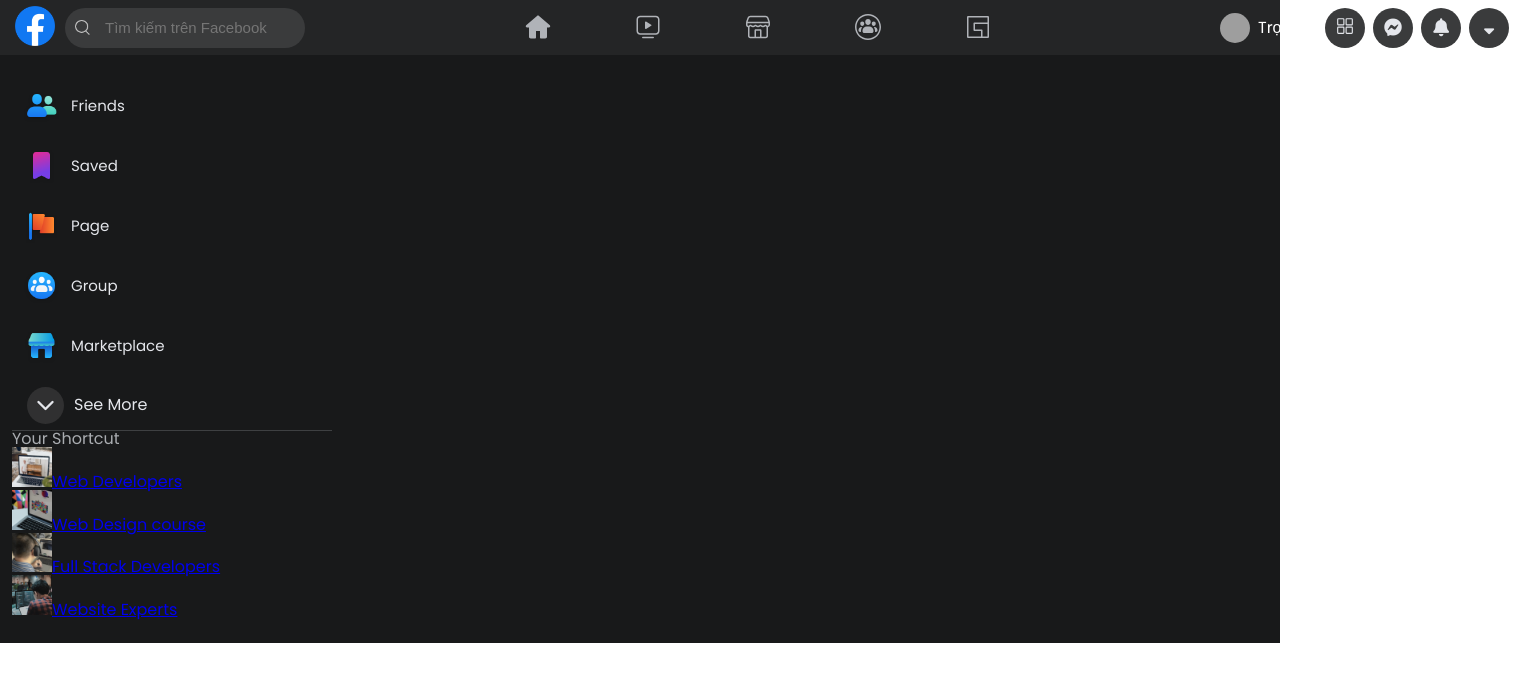
Repository: vanntrong/facebook-clone
Page: index.html
An editor plug-in stored every save of this project. The page is shown before and after the next save, followed by the edit.
The browser window is 1280 px wide. The page is 1517 px wide, so the pictures cover 1517 px, including what lies to the right of the window. The pictures show the whole page.
Pictures or frames that could not be fetched are drawn as grey boxes.

Above is the page before, as saved 2021-09-08 19:13:27.

### index.html
<!DOCTYPE html>
<html lang="en">
  <head>
    <meta charset="UTF-8" />
    <meta http-equiv="X-UA-Compatible" content="IE=edge" />
    <meta name="viewport" content="width=device-width, initial-scale=1.0" />
    <title>Facebook</title>
    <link rel="stylesheet" href="./assets/css/reset.css" />
    <link rel="stylesheet" href="./assets/css/base.css" />
    <link rel="stylesheet" href="./assets/css/style.css" />
    <link rel="stylesheet" href="./assets/fonts/fontawesome-free-5.15.4-web/css/all.css" />
    <script type="module" src="https://unpkg.com/ionicons@5.5.2/dist/ionicons/ionicons.esm.js"></script>
    <script nomodule src="https://unpkg.com/ionicons@5.5.2/dist/ionicons/ionicons.js"></script>
    <style>
      @import url("https://fonts.googleapis.com/css2?family=Poppins:wght@300;400;500;600;700&display=swap");
    </style>
  </head>
  <body>
    <!-- header -->
    <header class="header">
      <div class="header__nav-left">
        <div class="header__logo">
          <a href="" class="header__logo-link">
            <img src="./assets/images/logo.png" alt="Logo Facebook" class="header__logo-img" />
          </a>
        </div>
        <div class="header__search">
          <img src="./assets/images/search.png" class="header__search-img" />
          <input type="text" class="header__search-input" placeholder="Tìm kiếm trên Facebook" />
        </div>
      </div>

      <div class="header__nav-center">
        <ul class="header__nav-list">
          <li class="header__nav-item">
            <div class="header-item-link">
              <a href="#" class="header-item-icon">
                <svg viewBox="0 0 28 28" class="a8c37x1j ms05siws hwsy1cff b7h9ocf4 aaxa7vy3" height="28" width="28">
                  <path
                    d="M25.825 12.29C25.824 12.289 25.823 12.288 25.821 12.286L15.027 2.937C14.752 2.675 14.392 2.527 13.989 2.521 13.608 2.527 13.248 2.675 13.001 2.912L2.175 12.29C1.756 12.658 1.629 13.245 1.868 13.759 2.079 14.215 2.567 14.479 3.069 14.479L5 14.479 5 23.729C5 24.695 5.784 25.479 6.75 25.479L11 25.479C11.552 25.479 12 25.031 12 24.479L12 18.309C12 18.126 12.148 17.979 12.33 17.979L15.67 17.979C15.852 17.979 16 18.126 16 18.309L16 24.479C16 25.031 16.448 25.479 17 25.479L21.25 25.479C22.217 25.479 23 24.695 23 23.729L23 14.479 24.931 14.479C25.433 14.479 25.921 14.215 26.132 13.759 26.371 13.245 26.244 12.658 25.825 12.29"
                  ></path>
                </svg>
              </a>
            </div>
          </li>
          <li class="header__nav-item">
            <div class="header-item-link">
              <a href="#" class="header-item-icon">
                <svg viewBox="0 0 28 28" class="a8c37x1j ms05siws hwsy1cff b7h9ocf4 em6zcovv" height="28" width="28">
                  <path
                    d="M8.75 25.25C8.336 25.25 8 24.914 8 24.5 8 24.086 8.336 23.75 8.75 23.75L19.25 23.75C19.664 23.75 20 24.086 20 24.5 20 24.914 19.664 25.25 19.25 25.25L8.75 25.25ZM17.163 12.846 12.055 15.923C11.591 16.202 11 15.869 11 15.327L11 9.172C11 8.631 11.591 8.297 12.055 8.576L17.163 11.654C17.612 11.924 17.612 12.575 17.163 12.846ZM21.75 20.25C22.992 20.25 24 19.242 24 18L24 6.5C24 5.258 22.992 4.25 21.75 4.25L6.25 4.25C5.008 4.25 4 5.258 4 6.5L4 18C4 19.242 5.008 20.25 6.25 20.25L21.75 20.25ZM21.75 21.75 6.25 21.75C4.179 21.75 2.5 20.071 2.5 18L2.5 6.5C2.5 4.429 4.179 2.75 6.25 2.75L21.75 2.75C23.821 2.75 25.5 4.429 25.5 6.5L25.5 18C25.5 20.071 23.821 21.75 21.75 21.75Z"
                  ></path>
                </svg>
              </a>
            </div>
          </li>
          <li class="header__nav-item">
            <div class="header-item-link">
              <a href="#" class="header-item-icon">
                <svg viewBox="0 0 28 28" class="a8c37x1j ms05siws hwsy1cff b7h9ocf4 em6zcovv" height="28" width="28">
                  <path
                    d="M17.5 23.75 21.75 23.75C22.164 23.75 22.5 23.414 22.5 23L22.5 14 22.531 14C22.364 13.917 22.206 13.815 22.061 13.694L21.66 13.359C21.567 13.283 21.433 13.283 21.34 13.36L21.176 13.497C20.591 13.983 19.855 14.25 19.095 14.25L18.869 14.25C18.114 14.25 17.382 13.987 16.8 13.506L16.616 13.354C16.523 13.278 16.39 13.278 16.298 13.354L16.113 13.507C15.53 13.987 14.798 14.25 14.044 14.25L13.907 14.25C13.162 14.25 12.439 13.994 11.861 13.525L11.645 13.35C11.552 13.275 11.419 13.276 11.328 13.352L11.155 13.497C10.57 13.984 9.834 14.25 9.074 14.25L8.896 14.25C8.143 14.25 7.414 13.989 6.832 13.511L6.638 13.351C6.545 13.275 6.413 13.275 6.32 13.351L5.849 13.739C5.726 13.84 5.592 13.928 5.452 14L5.5 14 5.5 23C5.5 23.414 5.836 23.75 6.25 23.75L10.5 23.75 10.5 17.5C10.5 16.81 11.06 16.25 11.75 16.25L16.25 16.25C16.94 16.25 17.5 16.81 17.5 17.5L17.5 23.75ZM3.673 8.75 24.327 8.75C24.3 8.66 24.271 8.571 24.238 8.483L23.087 5.355C22.823 4.688 22.178 4.25 21.461 4.25L6.54 4.25C5.822 4.25 5.177 4.688 4.919 5.338L3.762 8.483C3.729 8.571 3.7 8.66 3.673 8.75ZM24.5 10.25 3.5 10.25 3.5 12C3.5 12.414 3.836 12.75 4.25 12.75L4.421 12.75C4.595 12.75 4.763 12.69 4.897 12.58L5.368 12.193C6.013 11.662 6.945 11.662 7.59 12.193L7.784 12.352C8.097 12.609 8.49 12.75 8.896 12.75L9.074 12.75C9.483 12.75 9.88 12.607 10.194 12.345L10.368 12.2C11.01 11.665 11.941 11.659 12.589 12.185L12.805 12.359C13.117 12.612 13.506 12.75 13.907 12.75L14.044 12.75C14.45 12.75 14.844 12.608 15.158 12.35L15.343 12.197C15.989 11.663 16.924 11.663 17.571 12.197L17.755 12.35C18.068 12.608 18.462 12.75 18.869 12.75L19.095 12.75C19.504 12.75 19.901 12.606 20.216 12.344L20.38 12.208C21.028 11.666 21.972 11.666 22.62 12.207L23.022 12.542C23.183 12.676 23.387 12.75 23.598 12.75 24.097 12.75 24.5 12.347 24.5 11.85L24.5 10.25ZM24 14.217 24 23C24 24.243 22.993 25.25 21.75 25.25L6.25 25.25C5.007 25.25 4 24.243 4 23L4 14.236C2.875 14.112 2 13.158 2 12L2 9.951C2 9.272 2.12 8.6 2.354 7.964L3.518 4.802C4.01 3.563 5.207 2.75 6.54 2.75L21.461 2.75C22.793 2.75 23.99 3.563 24.488 4.819L25.646 7.964C25.88 8.6 26 9.272 26 9.951L26 11.85C26 13.039 25.135 14.026 24 14.217ZM16 23.75 16 17.75 12 17.75 12 23.75 16 23.75Z"
                  ></path>
                </svg>
              </a>
            </div>
          </li>
          <li class="header__nav-item">
            <div class="header-item-link">
              <a href="#" class="header-item-icon">
                <svg viewBox="0 0 28 28" class="a8c37x1j ms05siws hwsy1cff b7h9ocf4 em6zcovv" height="28" width="28">
                  <path
                    d="M25.5 14C25.5 7.649 20.351 2.5 14 2.5 7.649 2.5 2.5 7.649 2.5 14 2.5 20.351 7.649 25.5 14 25.5 20.351 25.5 25.5 20.351 25.5 14ZM27 14C27 21.18 21.18 27 14 27 6.82 27 1 21.18 1 14 1 6.82 6.82 1 14 1 21.18 1 27 6.82 27 14ZM7.479 14 7.631 14C7.933 14 8.102 14.338 7.934 14.591 7.334 15.491 6.983 16.568 6.983 17.724L6.983 18.221C6.983 18.342 6.99 18.461 7.004 18.578 7.03 18.802 6.862 19 6.637 19L6.123 19C5.228 19 4.5 18.25 4.5 17.327 4.5 15.492 5.727 14 7.479 14ZM20.521 14C22.274 14 23.5 15.492 23.5 17.327 23.5 18.25 22.772 19 21.878 19L21.364 19C21.139 19 20.97 18.802 20.997 18.578 21.01 18.461 21.017 18.342 21.017 18.221L21.017 17.724C21.017 16.568 20.667 15.491 20.067 14.591 19.899 14.338 20.067 14 20.369 14L20.521 14ZM8.25 13C7.147 13 6.25 11.991 6.25 10.75 6.25 9.384 7.035 8.5 8.25 8.5 9.465 8.5 10.25 9.384 10.25 10.75 10.25 11.991 9.353 13 8.25 13ZM19.75 13C18.647 13 17.75 11.991 17.75 10.75 17.75 9.384 18.535 8.5 19.75 8.5 20.965 8.5 21.75 9.384 21.75 10.75 21.75 11.991 20.853 13 19.75 13ZM15.172 13.5C17.558 13.5 19.5 15.395 19.5 17.724L19.5 18.221C19.5 19.202 18.683 20 17.677 20L10.323 20C9.317 20 8.5 19.202 8.5 18.221L8.5 17.724C8.5 15.395 10.441 13.5 12.828 13.5L15.172 13.5ZM16.75 9C16.75 10.655 15.517 12 14 12 12.484 12 11.25 10.655 11.25 9 11.25 7.15 12.304 6 14 6 15.697 6 16.75 7.15 16.75 9Z"
                  ></path>
                </svg>
              </a>
            </div>
          </li>
          <li class="header__nav-item">
            <div class="header-item-link">
              <a href="#" class="header-item-icon">
                <svg viewBox="0 0 28 28" class="a8c37x1j ms05siws hwsy1cff b7h9ocf4 em6zcovv" height="28" width="28">
                  <path
                    d="M23.5 9.5H10.25a.75.75 0 00-.75.75v7c0 .414.336.75.75.75H17v5.5H4.5v-19h19v5zm0 14h-5v-6.25a.75.75 0 00-.75-.75H11V11h12.5v12.5zm1.5.25V4.25C25 3.561 24.439 3 23.75 3H4.25C3.561 3 3 3.561 3 4.25v19.5c0 .689.561 1.25 1.25 1.25h19.5c.689 0 1.25-.561 1.25-1.25z"
                  ></path>
                </svg>
              </a>
            </div>
          </li>
        </ul>
      </div>

      <div class="header__nav-right">
        <div class="header__nav-user">
          <img
            src="https://scontent.fsgn8-1.fna.fbcdn.net/v/t1.6435-1/p240x240/210197760_1699894010195731_8413836282276662202_n.jpg?_nc_cat=108&ccb=1-5&_nc_sid=7206a8&_nc_ohc=VyKzTsO_4DMAX9YWiV5&tn=ZfnwPn3exKDbVvbU&_nc_ht=scontent.fsgn8-1.fna&oh=88a15a829e8b30a39c7311926931e93a&oe=615D2151"
            class="header__nav-user-img"
          />
          <span class="header__nav-user-name">Trọng</span>
        </div>
        <div class="header__nav-menu">
          <ul class="header-menu-list">
            <li class="header-menu-item">
              <div class="header-menu-link">
                <a href="#" class="header-menu-icon">
                  <ion-icon name="grid-outline"></ion-icon>
                </a>
              </div>
            </li>
            <li class="header-menu-item">
              <div class="header-menu-link">
                <a href="#" class="header-menu-icon">
                  <i class="fab fa-facebook-messenger"></i>
                </a>
              </div>
            </li>
            <li class="header-menu-item">
              <div class="header-menu-link">
                <a href="#" class="header-menu-icon">
                  <i class="fas fa-bell"></i>
                </a>
              </div>
            </li>
            <li class="header-menu-item">
              <div class="header-menu-link">
                <a href="#" class="header-menu-icon">
                  <i class="fas fa-sort-down"></i>
                </a>
              </div>
            </li>
          </ul>
        </div>
      </div>
    </header>

    <!-- container -->
    <div class="app__container">
      <!-- left-sidebar -->
      <div class="left-sidebar">
        <div class="imp-links">
          <a class="imp-links-link" href="#"><img src="./assets/images/friends.png" />Friends</a>
          <a class="imp-links-link" href="#"><img src="./assets/images/saved.png" />Saved</a>
          <a class="imp-links-link" href="#"><img src="./assets/images/pages.png" />Page</a>
          <a class="imp-links-link" href="#"><img src="./assets/images/group.png" />Group</a>
          <a class="imp-links-link" href="#"><img src="./assets/images/marketplace.png" />Marketplace</a>
          <div class="sidebar-see-more">
            <div class="see-more-icon">
              <ion-icon name="chevron-down-outline"></ion-icon>
            </div>
            <span class="see-more-text">See More</span>
          </div>
        </div>

        <div class="shortcut-side">
          <p class="shortcut-text">Your Shortcut</p>
          <a href="#" class="shortcut-link"
            ><img src="./assets/images/shortcut-1.png" class="shortcut-img" />Web Developers</a
          >
          <a href="#" class="shortcut-link"
            ><img src="./assets/images/shortcut-2.png" class="shortcut-img" />Web Design course</a
          >
          <a href="#" class="shortcut-link"
            ><img src="./assets/images/shortcut-3.png" class="shortcut-img" />Full Stack Developers</a
          >
          <a href="#" class="shortcut-link"
            ><img src="./assets/images/shortcut-4.png" class="shortcut-img" />Website Experts</a
          >
        </div>
      </div>
      <div class="main-content"></div>
      <div class="right-sidebar"></div>
    </div>

    <footer class="footer"></footer>
  </body>
</html>

### assets/css/base.css
:root {
  --primary-color: #242526;
}

html {
  font-family: "Poppins", sans-serif;
}

* {
  box-sizing: border-box;
}

### assets/css/style.css
.header {
  display: flex;
  align-items: center;
  height: 55px;
  background-color: var(--primary-color);
}

.header__nav-left {
  display: flex;
  align-items: center;
  height: 100%;
}

.header__logo {
  margin-left: 15px;
  margin-right: 10px;
}

.header__logo-link {
  text-decoration: none;
  color: transparent;
}

.header__logo-img {
  width: 40px;
  height: 40px;
}

.header__search {
  background-color: #3a3b3c;
  width: 240px;
  height: 40px;
  border-radius: 20px;
  display: flex;
  align-items: center;
  color: #9ea1a6;
}
.header__search-img {
  width: 15px;
  margin: 10px;
}
.header__search-input {
  width: 100%;
  color: #fff;
  font-weight: 300;
  font-size: 15px;
  background-color: transparent;
  outline: none;
  padding: 0 5px;
  border: 0;
}

.header__nav-center {
  width: 545px;
  height: 100%;
  margin: 0 160px;
}

.header__nav-list {
  display: flex;
  align-items: center;
  list-style: none;
  height: 100%;
}

.header__nav-item {
  width: 110px;
  height: 100%;
  padding: 0 20px;
}

.header-item-link {
  width: 105px;
  height: 53px;
  align-items: center;
  justify-content: center;
  transition: height linear 0.1s;
}

.header-item-link:hover {
  background-color: #4d4c4c;
  border-radius: 10px;
}

.header-item-icon {
  color: #fff;
  fill: #b0b3b8;
  width: 100%;
  height: 100%;
  display: flex;
  align-items: center;
  justify-content: center;
}

.header__nav-right {
  display: flex;
  align-items: center;
  flex: 1;
  height: 100%;
  margin-left: 50px;
}

.header__nav-user {
  display: flex;
  align-items: center;
  margin-right: 20px;
  width: 85px;
  height: 40px;
}

.header__nav-user:hover {
  background-color: #3a3b3c;
  border-radius: 20px;
}

.header__nav-user-img {
  width: 30px;
  height: 30px;
  border-radius: 50%;
}

.header__nav-user-name {
  color: #fff;
  font-size: 16px;
  padding-left: 8px;
  cursor: pointer;
}

.header__nav-menu {
}

.header-menu-list {
  display: flex;
  align-items: center;
  justify-content: space-between;
}

.header-menu-link {
  display: flex;
  align-items: center;
  justify-content: center;
  font-size: 18px;
  margin: 0 8px 0 0;
  background-color: #3a3b3c;
  width: 40px;
  height: 40px;
  border-radius: 50%;
}

.header-menu-link:hover {
  background-color: #595b5c;
}

.header-menu-icon {
  color: #e4e6eb;
  display: block;
}

/* container */
.app__container {
  display: flex;
  justify-content: space-between;
  padding: 25px 0;
  background-color: #18191a;
  height: 100%;
}

.left-sidebar {
  flex-basis: 25%;
  position: relative;
  margin-left: 12px;
}

.imp-links {
  display: flex;
  flex-direction: column;
  position: relative;
  border-bottom: 1px solid #3e4042;
}

.imp-links-link {
  height: 50px;
  width: 100%;
  font-size: 15px;
  color: #e4e6eb;
  text-decoration: none;
  margin-bottom: 10px;
  display: flex;
  align-items: center;
}

.imp-links-link:hover {
  background-color: rgba(255, 255, 255, 0.1);
  border-radius: 10px;
  cursor: pointer;
}

.imp-links a img {
  width: 35px;
  margin: 0 12px;
}

.sidebar-see-more {
  color: #e4e6eb;
  display: flex;
  align-items: center;
  width: 100%;
  height: 50px;
}

.sidebar-see-more:hover {
  background-color: rgba(255, 255, 255, 0.1);
  border-radius: 10px;
  cursor: pointer;
}

.see-more-icon {
  font-size: 25px;
  width: 37px;
  height: 37px;
  display: flex;
  align-items: center;
  justify-content: center;
  /* margin: 0 15px; */
  margin-left: 15px;
  margin-right: 10px;
  background-color: #303031;
  border-radius: 50%;
}

.shortcut-side {
  display: flex;
  flex-direction: column;
}

.shortcut-text {
  color: #a9acb0;
}

.shortcut-img {
  width: 40px;
}

.main-content {
  flex-basis: 47%;
}

.right-sidebar {
  flex-basis: 25%;
}

Loaded but not shown: assets/css/reset.css (common file); assets/fonts/fontawesome-free-5.15.4-web/css/all.css (library)

After the next save:
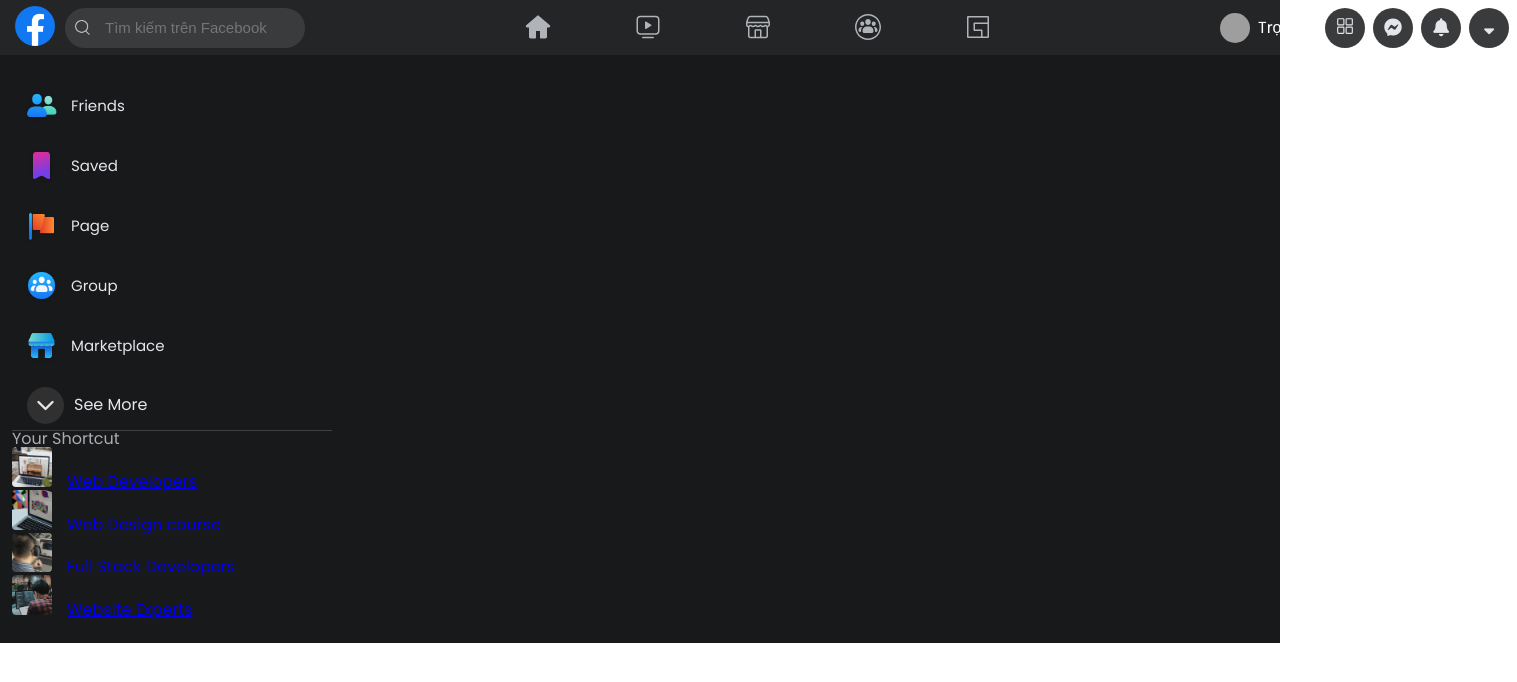
Saved 101 s later.
--- a/assets/css/style.css
+++ b/assets/css/style.css
@@ -239,6 +239,8 @@
 
 .shortcut-img {
   width: 40px;
+  border-radius: 4px;
+  margin-right: 15px;
 }
 
 .main-content {
